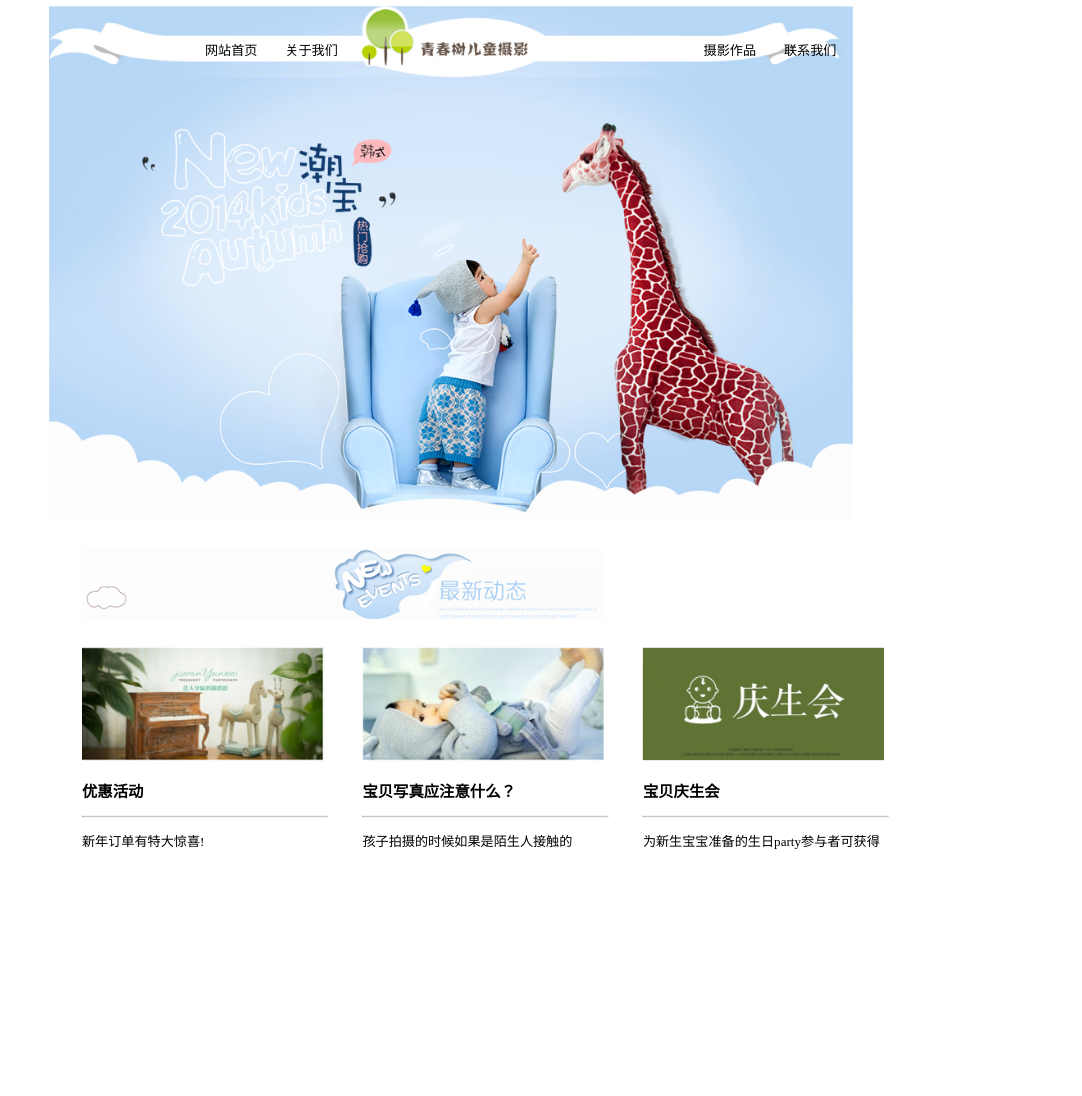
Repository: kxl666/kxl-Html
Page: 05.1.第五节任务(儿童摄影网)/index.html
An editor plug-in stored every save of this project. The page is shown before and after the next save, followed by the edit.
The browser window is 1280 px wide. The page is 1320 px wide, so the pictures cover 1320 px, including what lies to the right of the window. The pictures show the whole page, at 82% of full size.

Above is the page before, as saved 2021-09-16 21:57:20.

### 05.1.第五节任务(儿童摄影网)/index.html
<!DOCTYPE html>
<html lang="en">

<head>
    <meta charset="UTF-8">
    <meta http-equiv="X-UA-Compatible" content="IE=edge">
    <meta name="viewport" content="width=device-width, initial-scale=1.0">
    <title>Document</title>
    <link rel="stylesheet" href="style.css">
</head>

<body>
    <div class="content">
        <div class="header">
            <div class="dh">
                <div class="op">
                    <span>网站首页</span>
                    <span>关于我们</span>
                </div>
                <div class="po">
                    <span>摄影作品</span>
                    <span>联系我们</span>
                </div>
            </div>
        </div>

        <div class="midder">
            <img src="img/dongtai.jpg" id="img1">
            <div class="dt">
                <span>
                    <img src="img/news1.jpg">
                    <h3>优惠活动</h3>
                    <hr>
                    <p>新年订单有特大惊喜!</p>
                </span>
                <span>
                    <img src="img/news2.jpg">
                    <h3>宝贝写真应注意什么？</h3>
                    <hr>
                    <p>孩子拍摄的时候如果是陌生人接触的<br>

                    </p>
                </span>
                <span>
                    <img src="img/news3.jpg">
                    <h3>宝贝庆生会</h3>
                    <hr>
                    <p>为新生宝宝准备的生日party参与者可获得<br>
                    </p>
                </span>
            </div>
        </div>

        <div class="footer">

        </div>
    </div>
</body>

</html>

### 05.1.第五节任务(儿童摄影网)/style.css
.content {}

.header {
    margin: 0 auto;
    height: 660px;
    width: 1160px;
    background: url(img/bg.jpg) no-repeat;
    /* background-size:940px 570px; */
}



.dh {
    margin: 0 auto;
    background: url(img/nav.jpg) no-repeat;
    padding: 40px 0 0 120px;
    height: 46px;
    width: 1140px;
    /* margin-top: 10px;  */
}

.dh span {
    height: 10px;
    /* margin-top: 1px; */
    /* line-height: 10px; */
    padding-left: 30px;
}

.op {
    float: left;
    margin: 0 40px 0 40px;
}

.po {
    float: right;
    margin-right: 300px;
}

.midder {
    height: 660px;
    width: 1080px;
    margin: 0 auto;
}

#img1 {
    margin-bottom: 30px;
}
/* .dt {
    width: 1030px;
} */

.dt span {
    /* float: left; */
    display: inline-block;
    width: 300px;
    height: 200px;
    padding-right: 38px;
}

After the next save:
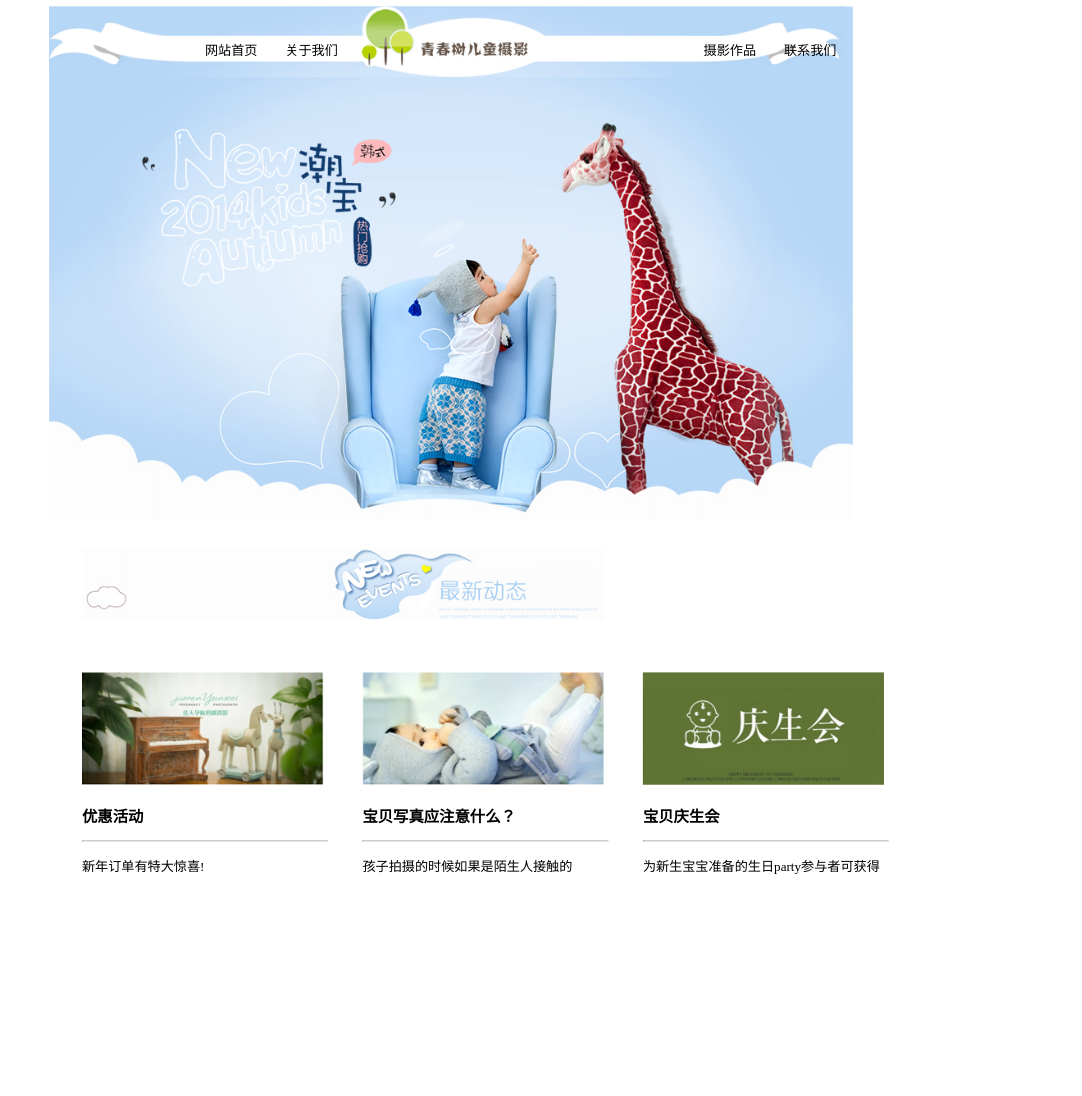
Saved 6 s later.
--- a/05.1.第五节任务(儿童摄影网)/style.css
+++ b/05.1.第五节任务(儿童摄影网)/style.css
@@ -43,7 +43,7 @@
 }
 
 #img1 {
-    margin-bottom: 30px;
+    margin-bottom: 60px;
 }
 /* .dt {
     width: 1030px;
